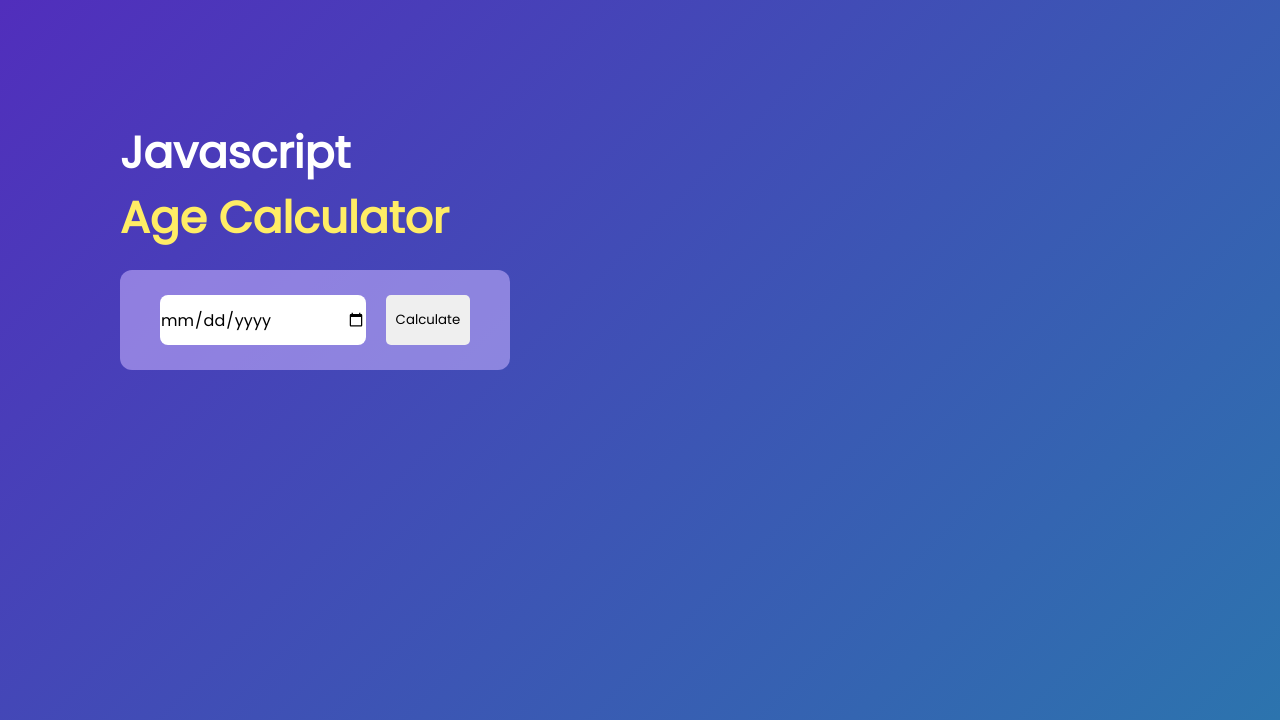
Repository: Ankitkr2021/Age-Calculator
Page: index.html
The author's editor kept a copy of each file at every save. The page is drawn from the files as they stood at one save, then again after the next save.
The browser window is 1280 px wide. The pictures show the whole page.

Above is the page before, as saved 2025-10-05 10:36:55.

After the next save:
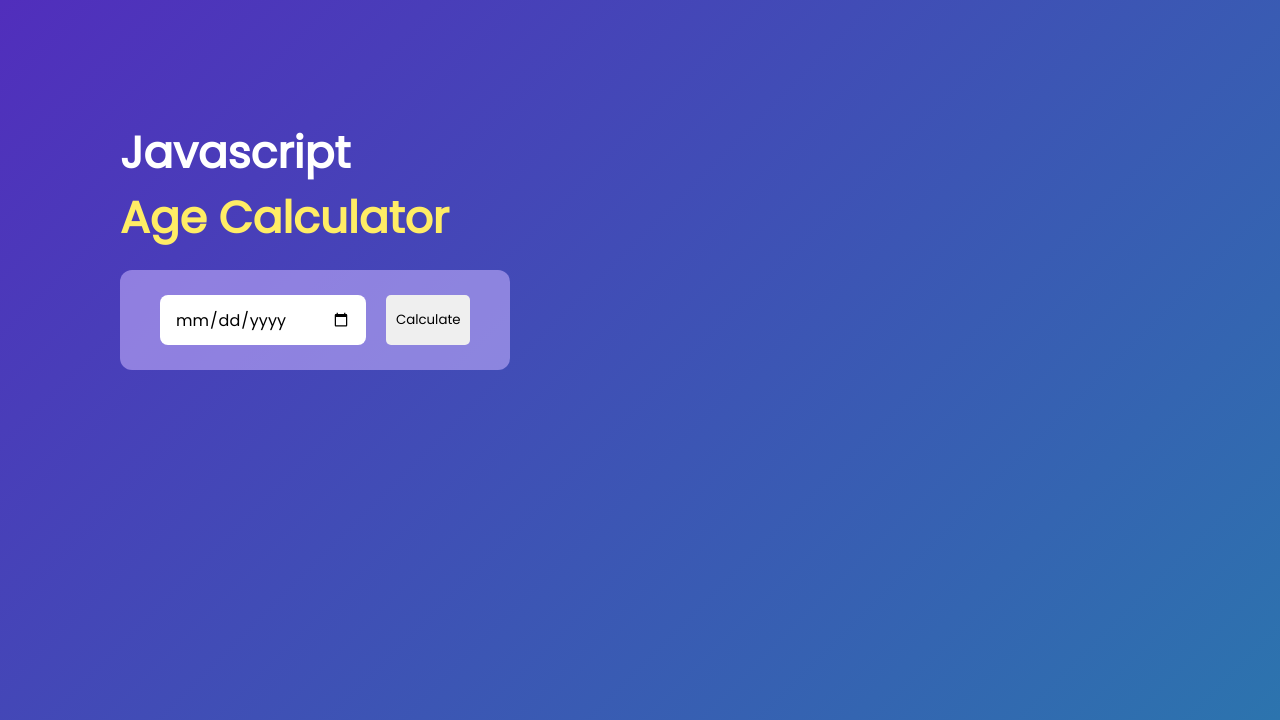
Saved 79 s later.
--- a/style.css
+++ b/style.css
@@ -55,6 +55,15 @@
     font-size: 16px;
 }
 
+input[type="date"] {
+  padding: 8px 15px;   /* top-bottom 8px, left-right 15px */
+  border-radius: 8px;
+  border: none;
+  outline: none;
+  font-size: 16px;
+  background-color: white;
+}
+
 button {
     width: 90px;
     height: 50px;
